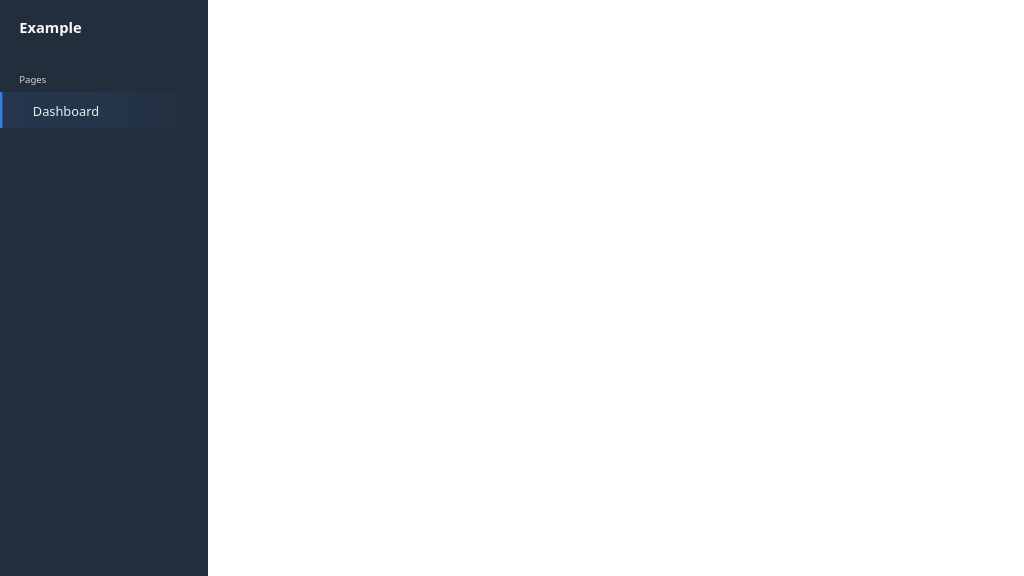
Repository: nick2price2003/rr-app
Page: /
These files come from the project's save history. The page is drawn as it stood at one moment and after the next save; the edit follows.
The browser window is 1280 px wide. The pictures show the whole page, at 80% of full size.
The project was rebuilt for these pictures with package versions that can differ from the ones it lists, and the page was loaded fresh each time. The framework's server and built-in components were replaced by stand-ins that run in the browser. Also part of the build but not shown: next.config.js.

Above is the page before, as saved 2022-10-11 12:51:50.

### pages/index.js
import Head from "next/head";

export default function Home() {
  return (
    <div>
      <Head>
        <title>RR Example</title>
        <meta name='description' content='Generated by create next app' />
        <link rel='icon' href='/favicon.ico' />
      </Head>

      <div classNameName='wrapper'>
        <nav id='sidebar' className='sidebar js-sidebar'>
          <div className='sidebar-content js-simplebar'>
            <a className='sidebar-brand' href='index.html'>
              <span className='align-middle'>Example</span>
            </a>

            <ul className='sidebar-nav'>
              <li className='sidebar-header'>Pages</li>

              <li className='sidebar-item active'>
                <a className='sidebar-link' href='index.html'>
                  <i className='align-middle' data-feather='sliders'></i>{" "}
                  <span className='align-middle'>Dashboard</span>
                </a>
              </li>
            </ul>
          </div>
        </nav>

      </div>
    </div>
  );
}

Loaded but not shown: pages/_app.js (common file); styles/globals.css (library)

After the next save:
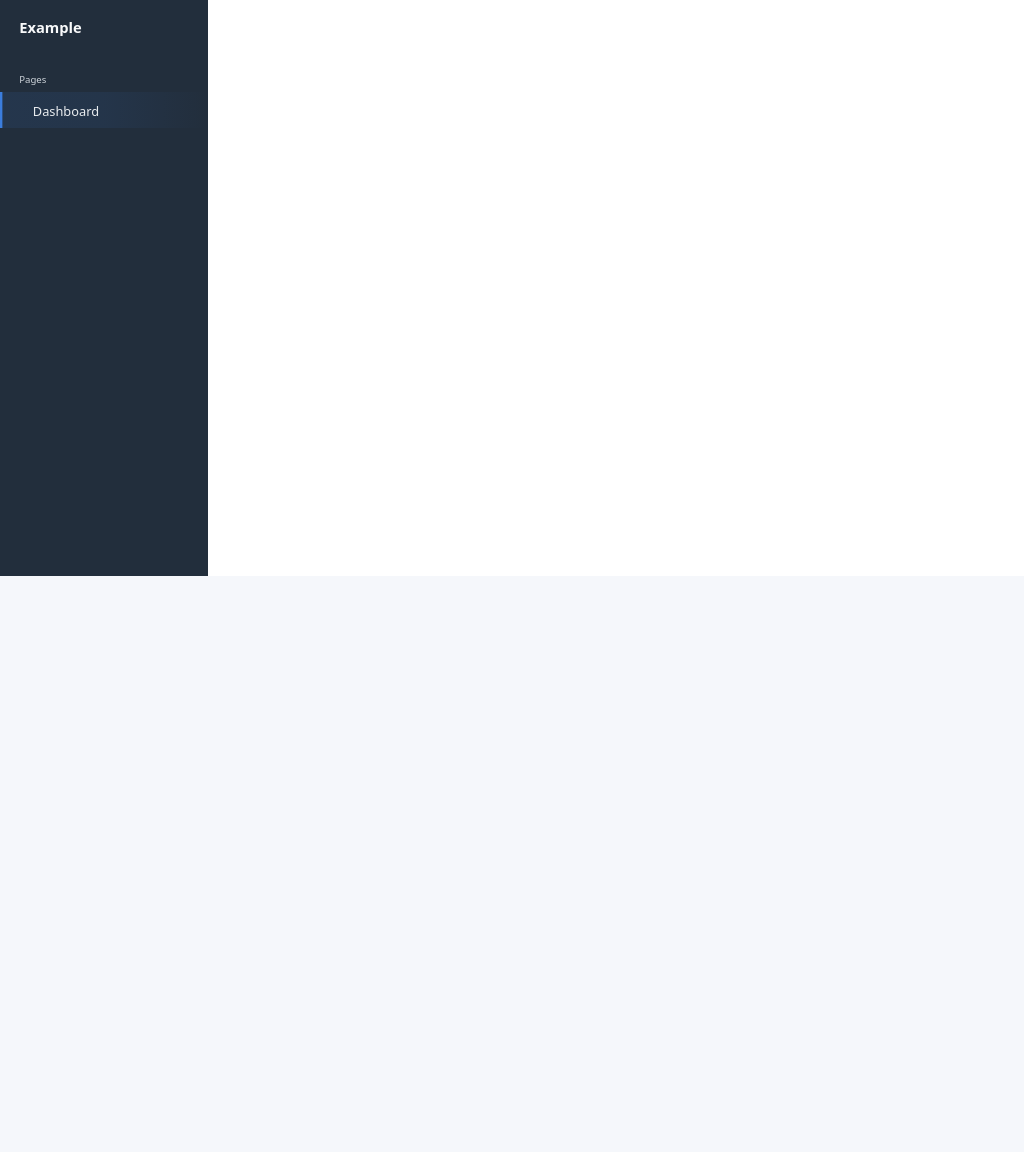
Saved 20 s later.
--- a/pages/index.js
+++ b/pages/index.js
@@ -29,6 +29,9 @@ export default function Home() {
           </div>
         </nav>
 
+        <div className="main">
+
+        </div>
       </div>
     </div>
   );
